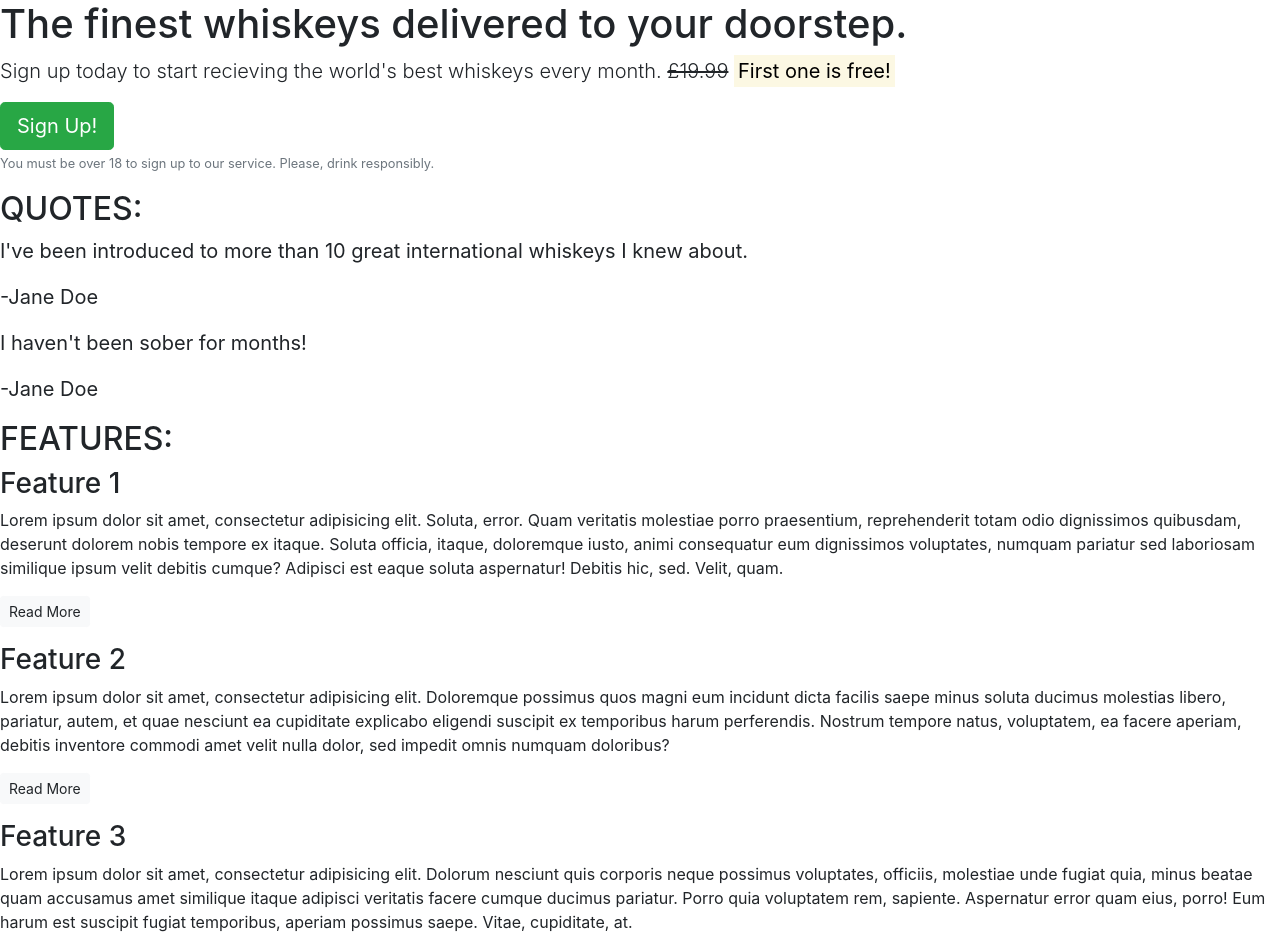
Repository: Leannald13/whiskey-project
Page: index.html
The author's editor kept a record of every edit. The page is drawn from the files as they stood at one moment, then again after the next edit.
The browser window is 1280 px wide. The pictures show the whole page.

Above is the page before.
Console error: TypeError: Cannot read properties of undefined (reading 'fn')

After the next edit:
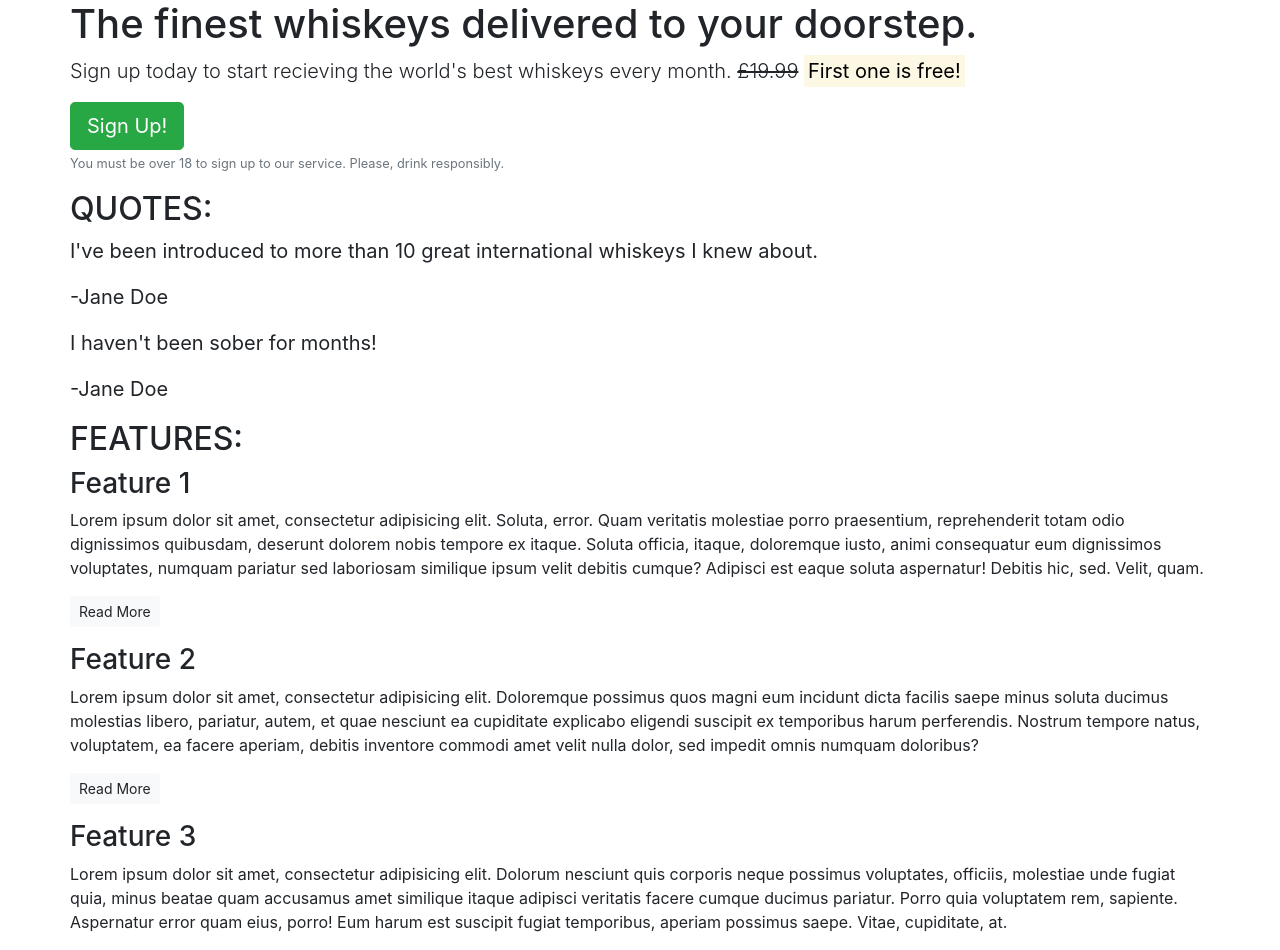
The edit:
--- a/index.html
+++ b/index.html
@@ -9,7 +9,8 @@
     <title>Whiskey Drop: Taste a new whiskey every month</title>
 </head>
 <body>
-    <article class="article">
+    <article class="container">
+        <div class="row">
         <section class="callout">
         <h1>The finest whiskeys delivered to your doorstep.</h1>
         <p class="lead">Sign up today to start recieving the world's best whiskeys every month.
